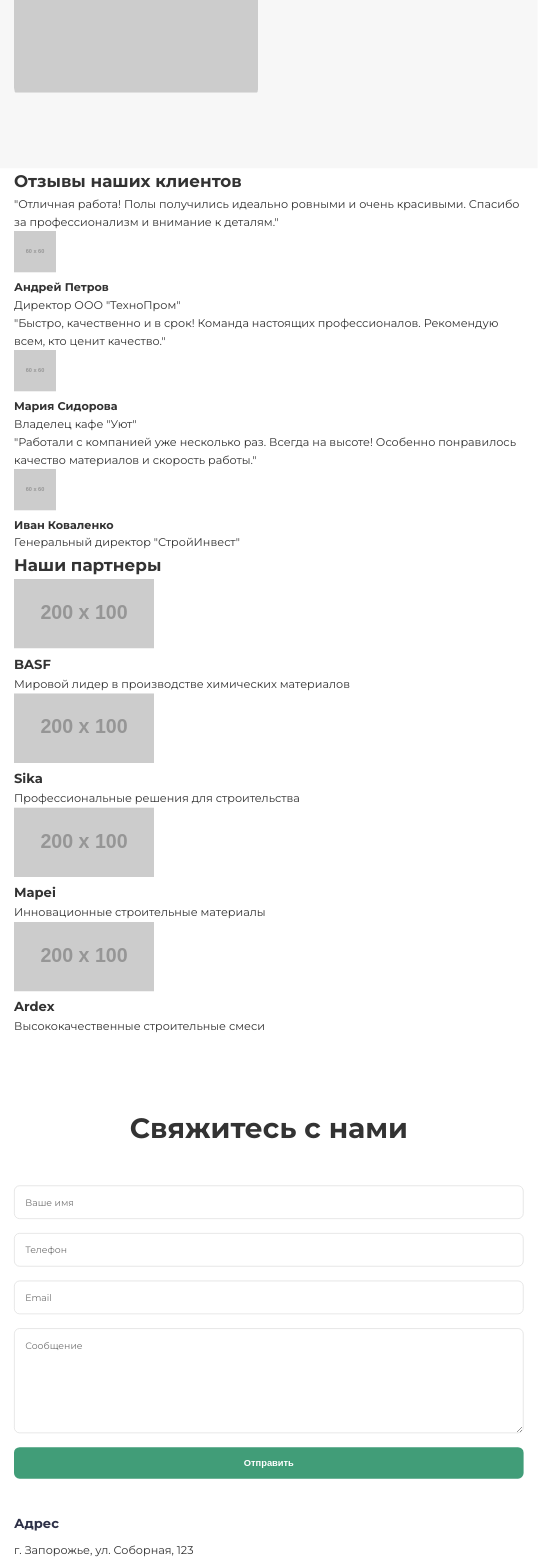
Repository: kerni-ca/kerni-ca
Page: index.html
These files come from the project's save history. The page is drawn as it stood at one moment and after the next save; the edit follows.
The browser window is 768 px wide. The pictures show the part of the page from y = 2989 to 5229 px (the page is 5645 px tall before and 7715 px after), at 70% of full size.

Above is the page before, as saved 2025-06-12 11:20:29.

### index.html
<!DOCTYPE html>
<html lang="ru">
<head>
    <meta charset="UTF-8">
    <meta name="viewport" content="width=device-width, initial-scale=1.0">
    <title>Эпоксидные полы | Профессиональные решения</title>
    <link rel="stylesheet" href="styles.css">
    <link rel="preconnect" href="https://fonts.googleapis.com">
    <link rel="preconnect" href="https://fonts.gstatic.com" crossorigin>
    <link href="https://fonts.googleapis.com/css2?family=Montserrat:wght@400;500;600;700&display=swap" rel="stylesheet">
</head>
<body>
    <header class="header">
        <nav class="nav">
            <div class="logo">EPOXY<span>FLOOR</span></div>
            <ul class="nav-links">
                <li><a href="#about">О нас</a></li>
                <li><a href="#services">Услуги</a></li>
                <li><a href="#portfolio">Портфолио</a></li>
                <li><a href="#contact">Контакты</a></li>
            </ul>
        </nav>
        <div class="hero">
            <h1>Современные эпоксидные полы</h1>
            <p>Профессиональные решения для вашего пространства</p>
            <a href="#contact" class="cta-button">Получить консультацию</a>
        </div>
    </header>

    <section id="about" class="about">
        <div class="container">
            <h2>О нас</h2>
            <div class="about-content">
                <div class="about-text">
                    <p>Мы - команда профессионалов с многолетним опытом в создании эпоксидных покрытий. Наша миссия - преображать пространства, делая их не только красивыми, но и функциональными.</p>
                </div>
                <div class="about-stats">
                    <div class="stat">
                        <span class="number">10+</span>
                        <span class="label">лет опыта</span>
                    </div>
                    <div class="stat">
                        <span class="number">500+</span>
                        <span class="label">проектов</span>
                    </div>
                    <div class="stat">
                        <span class="number">100%</span>
                        <span class="label">гарантия</span>
                    </div>
                </div>
            </div>
        </div>
    </section>

    <section id="services" class="services">
        <div class="container">
            <h2>Наши услуги</h2>
            <div class="services-grid">
                <div class="service-card">
                    <h3>Промышленные полы</h3>
                    <p>Прочные и износостойкие покрытия для производственных помещений</p>
                </div>
                <div class="service-card">
                    <h3>Декоративные полы</h3>
                    <p>Уникальные дизайнерские решения для коммерческих помещений</p>
                </div>
                <div class="service-card">
                    <h3>Антискользящие покрытия</h3>
                    <p>Безопасные решения для общественных пространств</p>
                </div>
            </div>
        </div>
    </section>

    <section id="portfolio" class="portfolio">
        <div class="container">
            <h2>Наши работы</h2>
            <div class="portfolio-grid">
                <div class="portfolio-item">
                    <img src="https://via.placeholder.com/400x300" alt="Проект 1">
                    <div class="portfolio-overlay">
                        <h3>Производственный цех</h3>
                    </div>
                </div>
                <div class="portfolio-item">
                    <img src="https://via.placeholder.com/400x300" alt="Проект 2">
                    <div class="portfolio-overlay">
                        <h3>Торговый центр</h3>
                    </div>
                </div>
                <div class="portfolio-item">
                    <img src="https://via.placeholder.com/400x300" alt="Проект 3">
                    <div class="portfolio-overlay">
                        <h3>Офисное пространство</h3>
                    </div>
                </div>
            </div>
        </div>
    </section>

    <section id="testimonials" class="testimonials">
        <div class="container">
            <h2>Отзывы наших клиентов</h2>
            <div class="testimonials-grid">
                <div class="testimonial-card">
                    <div class="testimonial-content">
                        <p>"Отличная работа! Полы получились идеально ровными и очень красивыми. Спасибо за профессионализм и внимание к деталям."</p>
                    </div>
                    <div class="testimonial-author">
                        <img src="https://via.placeholder.com/60x60" alt="Фото клиента">
                        <div class="author-info">
                            <h4>Андрей Петров</h4>
                            <p>Директор ООО "ТехноПром"</p>
                        </div>
                    </div>
                </div>
                <div class="testimonial-card">
                    <div class="testimonial-content">
                        <p>"Быстро, качественно и в срок! Команда настоящих профессионалов. Рекомендую всем, кто ценит качество."</p>
                    </div>
                    <div class="testimonial-author">
                        <img src="https://via.placeholder.com/60x60" alt="Фото клиента">
                        <div class="author-info">
                            <h4>Мария Сидорова</h4>
                            <p>Владелец кафе "Уют"</p>
                        </div>
                    </div>
                </div>
                <div class="testimonial-card">
                    <div class="testimonial-content">
                        <p>"Работали с компанией уже несколько раз. Всегда на высоте! Особенно понравилось качество материалов и скорость работы."</p>
                    </div>
                    <div class="testimonial-author">
                        <img src="https://via.placeholder.com/60x60" alt="Фото клиента">
                        <div class="author-info">
                            <h4>Иван Коваленко</h4>
                            <p>Генеральный директор "СтройИнвест"</p>
                        </div>
                    </div>
                </div>
            </div>
        </div>
    </section>

    <section id="partners" class="partners">
        <div class="container">
            <h2>Наши партнеры</h2>
            <div class="partners-grid">
                <div class="partner-card">
                    <img src="https://via.placeholder.com/200x100" alt="Партнер 1">
                    <h3>BASF</h3>
                    <p>Мировой лидер в производстве химических материалов</p>
                </div>
                <div class="partner-card">
                    <img src="https://via.placeholder.com/200x100" alt="Партнер 2">
                    <h3>Sika</h3>
                    <p>Профессиональные решения для строительства</p>
                </div>
                <div class="partner-card">
                    <img src="https://via.placeholder.com/200x100" alt="Партнер 3">
                    <h3>Mapei</h3>
                    <p>Инновационные строительные материалы</p>
                </div>
                <div class="partner-card">
                    <img src="https://via.placeholder.com/200x100" alt="Партнер 4">
                    <h3>Ardex</h3>
                    <p>Высококачественные строительные смеси</p>
                </div>
            </div>
        </div>
    </section>

    <section id="contact" class="contact">
        <div class="container">
            <h2>Свяжитесь с нами</h2>
            <div class="contact-content">
                <form class="contact-form">
                    <input type="text" placeholder="Ваше имя" required>
                    <input type="tel" placeholder="Телефон" required>
                    <input type="email" placeholder="Email" required>
                    <textarea placeholder="Сообщение" required></textarea>
                    <button type="submit" class="submit-button">Отправить</button>
                </form>
                <div class="contact-info">
                    <div class="info-item">
                        <h3>Адрес</h3>
                        <p>г. Запорожье, ул. Соборная, 123</p>
                    </div>
                    <div class="info-item">
                        <h3>Телефон</h3>
                        <p>+38 (061) 123-45-67</p>
                    </div>
                    <div class="info-item">
                        <h3>Email</h3>
                        <p>info@epoxyfloor.zp.ua</p>
                    </div>
                </div>
            </div>
        </div>
    </section>

    <footer class="footer">
        <div class="container">
            <div class="footer-content">
                <div class="footer-logo">EPOXY<span>FLOOR</span></div>
                <p>&copy; 2024 Все права защищены</p>
            </div>
        </div>
    </footer>
</body>
</html>

### styles.css
html {
    scroll-behavior: smooth;
}

:root {
    --primary-color: #2D3047;
    --secondary-color: #419D78;
    --accent-color: #E0A458;
    --text-color: #333;
    --light-bg: #F7F7F7;
    --white: #FFFFFF;
    --transition: all 0.3s ease;
}

* {
    margin: 0;
    padding: 0;
    box-sizing: border-box;
}

body {
    font-family: 'Montserrat', sans-serif;
    line-height: 1.6;
    color: var(--text-color);
}

.container {
    max-width: 1200px;
    margin: 0 auto;
    padding: 0 20px;
}

/* Header & Navigation */
.header {
    background: linear-gradient(rgba(45, 48, 71, 0.9), rgba(45, 48, 71, 0.9)),
                url('https://via.placeholder.com/1920x1080') center/cover;
    min-height: 100vh;
    color: var(--white);
}

.nav {
    display: flex;
    justify-content: space-between;
    align-items: center;
    padding: 20px 0;
    position: fixed;
    width: 100%;
    top: 0;
    z-index: 1000;
    background: rgba(45, 48, 71, 0.95);
    backdrop-filter: blur(10px);
}

.logo {
    font-size: 24px;
    font-weight: 700;
    color: var(--white);
}

.logo span {
    color: var(--accent-color);
}

.nav-links {
    display: flex;
    list-style: none;
    gap: 30px;
}

.nav-links a {
    color: var(--white);
    text-decoration: none;
    font-weight: 500;
    transition: var(--transition);
}

.nav-links a:hover {
    color: var(--accent-color);
}

/* Hero Section */
.hero {
    display: flex;
    flex-direction: column;
    justify-content: center;
    align-items: center;
    text-align: center;
    min-height: 100vh;
    padding: 0 20px;
}

.hero h1 {
    font-size: 4rem;
    margin-bottom: 20px;
    line-height: 1.2;
}

.hero p {
    font-size: 1.5rem;
    margin-bottom: 40px;
    max-width: 600px;
}

.cta-button {
    display: inline-block;
    padding: 15px 40px;
    background: var(--accent-color);
    color: var(--white);
    text-decoration: none;
    border-radius: 30px;
    font-weight: 600;
    transition: var(--transition);
    border: 2px solid var(--accent-color);
}

.cta-button:hover {
    background: transparent;
    color: var(--accent-color);
}

/* About Section */
.about {
    padding: 100px 0;
    background: var(--light-bg);
}

.about h2 {
    text-align: center;
    font-size: 2.5rem;
    margin-bottom: 50px;
}

.about-content {
    display: grid;
    grid-template-columns: 1fr 1fr;
    gap: 50px;
    align-items: center;
}

.about-text p {
    font-size: 1.1rem;
    line-height: 1.8;
}

.about-stats {
    display: grid;
    grid-template-columns: repeat(3, 1fr);
    gap: 30px;
}

.stat {
    text-align: center;
}

.number {
    display: block;
    font-size: 2.5rem;
    font-weight: 700;
    color: var(--secondary-color);
}

.label {
    font-size: 1rem;
    color: var(--text-color);
}

/* Services Section */
.services {
    padding: 100px 0;
}

.services h2 {
    text-align: center;
    font-size: 2.5rem;
    margin-bottom: 50px;
}

.services-grid {
    display: grid;
    grid-template-columns: repeat(auto-fit, minmax(300px, 1fr));
    gap: 30px;
}

.service-card {
    background: var(--white);
    padding: 30px;
    border-radius: 15px;
    box-shadow: 0 10px 30px rgba(0, 0, 0, 0.1);
    transition: var(--transition);
}

.service-card:hover {
    transform: translateY(-10px);
}

.service-card h3 {
    color: var(--primary-color);
    margin-bottom: 15px;
}

/* Portfolio Section */
.portfolio {
    padding: 100px 0;
    background: var(--light-bg);
}

.portfolio h2 {
    text-align: center;
    font-size: 2.5rem;
    margin-bottom: 50px;
}

.portfolio-grid {
    display: grid;
    grid-template-columns: repeat(auto-fit, minmax(300px, 1fr));
    gap: 30px;
}

.portfolio-item {
    position: relative;
    overflow: hidden;
    border-radius: 15px;
}

.portfolio-item img {
    width: 100%;
    height: 300px;
    object-fit: cover;
    transition: var(--transition);
}

.portfolio-overlay {
    position: absolute;
    bottom: 0;
    left: 0;
    right: 0;
    background: linear-gradient(transparent, rgba(45, 48, 71, 0.9));
    padding: 20px;
    color: var(--white);
    transform: translateY(100%);
    transition: var(--transition);
}

.portfolio-item:hover .portfolio-overlay {
    transform: translateY(0);
}

.portfolio-item:hover img {
    transform: scale(1.1);
}

/* Contact Section */
.contact {
    padding: 100px 0;
}

.contact h2 {
    text-align: center;
    font-size: 2.5rem;
    margin-bottom: 50px;
}

.contact-content {
    display: grid;
    grid-template-columns: 1fr 1fr;
    gap: 50px;
}

.contact-form {
    display: flex;
    flex-direction: column;
    gap: 20px;
}

.contact-form input,
.contact-form textarea {
    padding: 15px;
    border: 1px solid #ddd;
    border-radius: 8px;
    font-family: inherit;
}

.contact-form textarea {
    height: 150px;
    resize: vertical;
}

.submit-button {
    padding: 15px 30px;
    background: var(--secondary-color);
    color: var(--white);
    border: none;
    border-radius: 8px;
    cursor: pointer;
    font-weight: 600;
    transition: var(--transition);
}

.submit-button:hover {
    background: var(--primary-color);
}

.contact-info {
    display: grid;
    gap: 30px;
}

.info-item h3 {
    color: var(--primary-color);
    margin-bottom: 10px;
}

/* Footer */
.footer {
    background: var(--primary-color);
    color: var(--white);
    padding: 30px 0;
}

.footer-content {
    display: flex;
    justify-content: space-between;
    align-items: center;
}

.footer-logo {
    font-size: 20px;
    font-weight: 700;
}

.footer-logo span {
    color: var(--accent-color);
}

/* Responsive Design */
@media (max-width: 768px) {
    .nav {
        padding: 20px;
    }

    .nav-links {
        display: none;
    }

    .hero h1 {
        font-size: 2.5rem;
    }

    .about-content,
    .contact-content {
        grid-template-columns: 1fr;
    }

    .about-stats {
        grid-template-columns: 1fr;
    }

    .footer-content {
        flex-direction: column;
        text-align: center;
        gap: 20px;
    }
}

/* Animations */
@keyframes fadeIn {
    from {
        opacity: 0;
        transform: translateY(20px);
    }
    to {
        opacity: 1;
        transform: translateY(0);
    }
}

.hero h1,
.hero p,
.cta-button {
    animation: fadeIn 1s ease-out forwards;
}

/* Modern Scrollbar */
::-webkit-scrollbar {
    width: 10px;
}

::-webkit-scrollbar-track {
    background: var(--light-bg);
}

::-webkit-scrollbar-thumb {
    background: var(--secondary-color);
    border-radius: 5px;
}

::-webkit-scrollbar-thumb:hover {
    background: var(--primary-color);
}

After the next save:
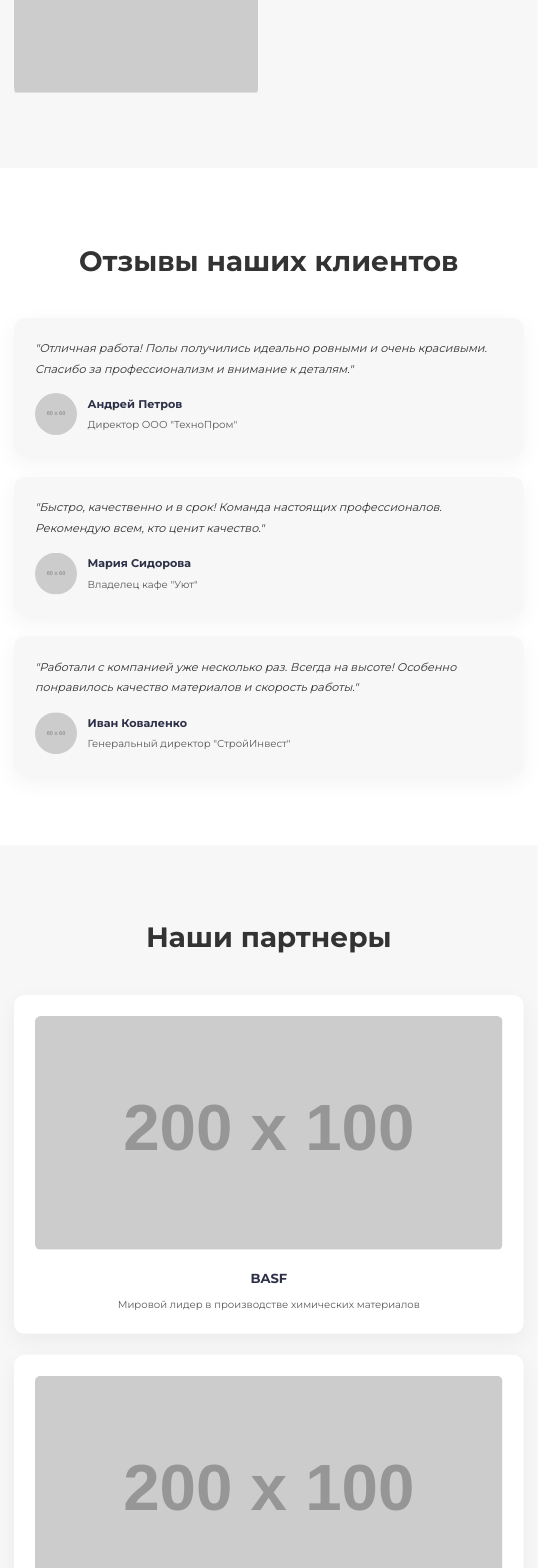
Saved 11 s later.
--- a/styles.css
+++ b/styles.css
@@ -332,6 +332,121 @@ body {
     color: var(--accent-color);
 }
 
+/* Testimonials Section */
+.testimonials {
+    padding: 100px 0;
+    background: var(--white);
+}
+
+.testimonials h2 {
+    text-align: center;
+    font-size: 2.5rem;
+    margin-bottom: 50px;
+}
+
+.testimonials-grid {
+    display: grid;
+    grid-template-columns: repeat(auto-fit, minmax(300px, 1fr));
+    gap: 30px;
+}
+
+.testimonial-card {
+    background: var(--light-bg);
+    padding: 30px;
+    border-radius: 15px;
+    box-shadow: 0 10px 30px rgba(0, 0, 0, 0.05);
+    transition: var(--transition);
+}
+
+.testimonial-card:hover {
+    transform: translateY(-5px);
+    box-shadow: 0 15px 40px rgba(0, 0, 0, 0.1);
+}
+
+.testimonial-content {
+    margin-bottom: 20px;
+}
+
+.testimonial-content p {
+    font-style: italic;
+    line-height: 1.8;
+    color: var(--text-color);
+}
+
+.testimonial-author {
+    display: flex;
+    align-items: center;
+    gap: 15px;
+}
+
+.testimonial-author img {
+    width: 60px;
+    height: 60px;
+    border-radius: 50%;
+    object-fit: cover;
+}
+
+.author-info h4 {
+    color: var(--primary-color);
+    margin-bottom: 5px;
+}
+
+.author-info p {
+    font-size: 0.9rem;
+    color: var(--text-color);
+    opacity: 0.8;
+}
+
+/* Partners Section */
+.partners {
+    padding: 100px 0;
+    background: var(--light-bg);
+}
+
+.partners h2 {
+    text-align: center;
+    font-size: 2.5rem;
+    margin-bottom: 50px;
+}
+
+.partners-grid {
+    display: grid;
+    grid-template-columns: repeat(auto-fit, minmax(250px, 1fr));
+    gap: 30px;
+}
+
+.partner-card {
+    background: var(--white);
+    padding: 30px;
+    border-radius: 15px;
+    text-align: center;
+    box-shadow: 0 10px 30px rgba(0, 0, 0, 0.05);
+    transition: var(--transition);
+}
+
+.partner-card:hover {
+    transform: translateY(-5px);
+    box-shadow: 0 15px 40px rgba(0, 0, 0, 0.1);
+}
+
+.partner-card img {
+    width: 100%;
+    height: auto;
+    margin-bottom: 20px;
+    border-radius: 8px;
+}
+
+.partner-card h3 {
+    color: var(--primary-color);
+    margin-bottom: 10px;
+}
+
+.partner-card p {
+    font-size: 0.9rem;
+    color: var(--text-color);
+    opacity: 0.8;
+}
+
 /* Responsive Design */
 @media (max-width: 768px) {
     .nav {
@@ -359,6 +474,11 @@ body {
         flex-direction: column;
         text-align: center;
         gap: 20px;
+    }
+
+    .testimonials-grid,
+    .partners-grid {
+        grid-template-columns: 1fr;
     }
 }
 
